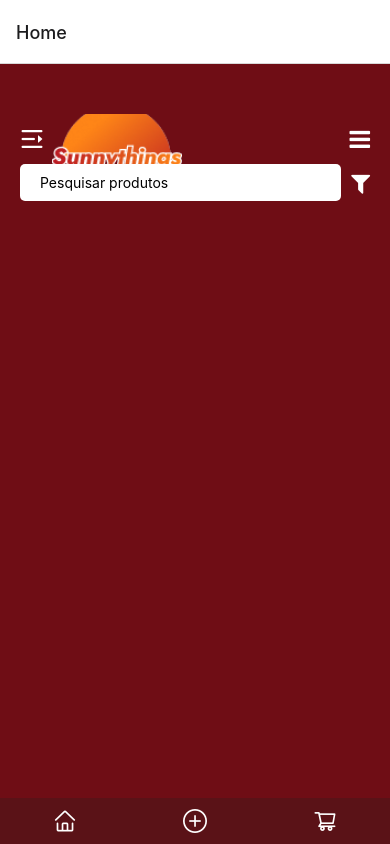
Repository: Luizzzin/SuperMercado
Screen: / (app in suny/)
An editor plug-in stored every save of this project. The screen is shown before and after the next save, followed by the edit.
The app was drawn by React Native's web renderer in a window 390 px wide. The project was rebuilt for these pictures with package versions that can differ from the ones it lists, and the page was loaded fresh each time.

Above is the screen before, as saved 2024-05-09 11:21:55.

After the next save:
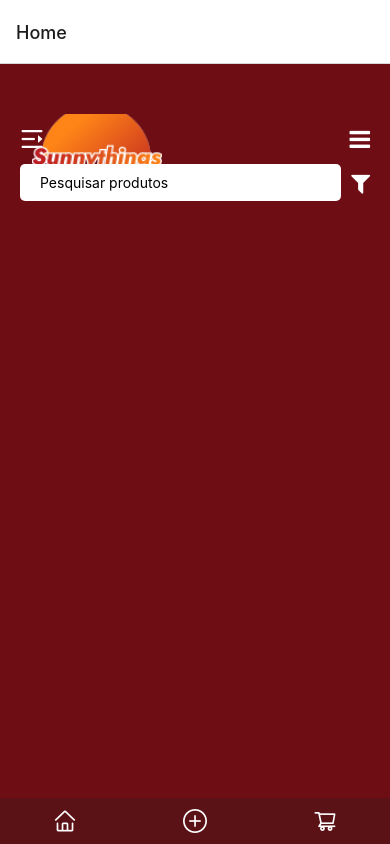
Saved 6 s later.
--- a/suny/HomeScreen.js
+++ b/suny/HomeScreen.js
@@ -68,7 +68,7 @@
   logo: {
     width: 130,
     height: 50,
-    right: 80,
+    right: 100,
   },
   searchBar: {
     flexDirection: 'row',
